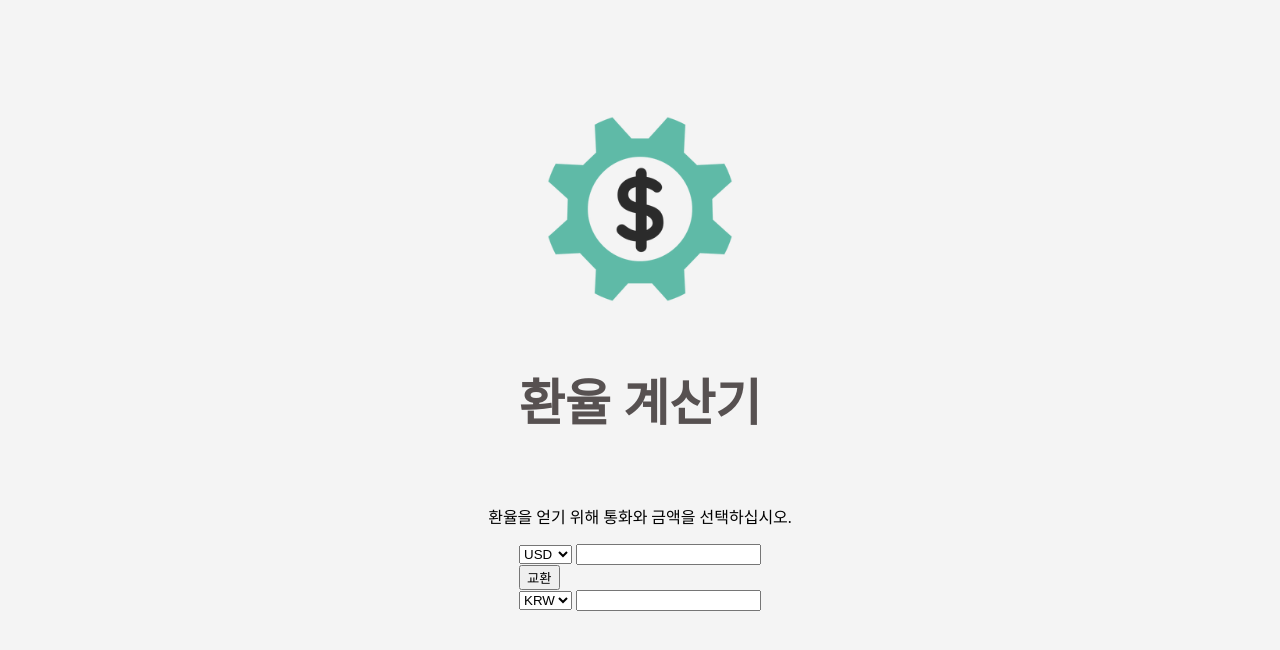
Repository: AbrorjonKuchkarov/exchange-rate
Page: index.html
An editor plug-in stored every save of this project. The page is shown before and after the next save, followed by the edit.
The browser window is 1280 px wide. The pictures show the whole page.

Above is the page before, as saved 2022-02-24 01:19:04.

### index.html
<!DOCTYPE html>
<html lang="en">
<head>
   <meta charset="UTF-8">
   <meta http-equiv="X-UA-Compatible" content="IE=edge">
   <meta name="viewport" content="width=device-width, initial-scale=1.0">
<link rel="stylesheet" href="style.css">
   <title>환율</title>
</head>
<body>
   <img src="img/money.png" alt="">
   <h1>환율 계산기 </h1>
   <p>환율을 얻기 위해 통화와 금액을 선택하십시오.</p>

   <div class="container">
      <div class="currency">
         <select id="selectOne">
            <option value="AED">AED</option>
            <option value="ARS">ARS</option>
            <option value="AUD">AUD</option>
            <option value="BGN">BGN</option>
            <option value="BRL">BRL</option>
            <option value="BSD">BSD</option>
            <option value="CAD">CAD</option>
            <option value="CHF">CHF</option>
            <option value="CLP">CLP</option>
            <option value="CNY">CNY</option>
            <option value="COP">COP</option>
            <option value="CZK">CZK</option>
            <option value="DKK">DKK</option>
            <option value="DOP">DOP</option>
            <option value="EGP">EGP</option>
            <option value="EUR">EUR</option>
            <option value="FJD">FJD</option>
            <option value="GBP">GBP</option>
            <option value="GTQ">GTQ</option>
            <option value="HKD">HKD</option>
            <option value="HRK">HRK</option>
            <option value="HUF">HUF</option>
            <option value="IDR">IDR</option>
            <option value="ILS">ILS</option>
            <option value="INR">INR</option>
            <option value="ISK">ISK</option>
            <option value="JPY">JPY</option>
            <option value="KRW">KRW</option>
            <option value="KZT">KZT</option>
            <option value="MXN">MXN</option>
            <option value="MYR">MYR</option>
            <option value="NOK">NOK</option>
            <option value="NZD">NZD</option>
            <option value="PAB">PAB</option>
            <option value="PEN">PEN</option>
            <option value="PHP">PHP</option>
            <option value="PKR">PKR</option>
            <option value="PLN">PLN</option>
            <option value="PYG">PYG</option>
            <option value="RON">RON</option>
            <option value="RUB">RUB</option>
            <option value="SAR">SAR</option>
            <option value="SEK">SEK</option>
            <option value="SGD">SGD</option>
            <option value="THB">THB</option>
            <option value="TRY">TRY</option>
            <option value="TWD">TWD</option>
            <option value="UAH">UAH</option>
            <option value="USD" selected>USD</option>
            <option value="UYU">UYU</option>
            <option value="VND">VND</option>
            <option value="ZAR">ZAR</option>
         </select>
         <input type="number" class="inputOne" >
      </div>

      <div class="swap">
         <button class="btn">교환</button>
         <div class="rate"></div>
      </div>

      <div class="currency">
         <select id="selectTwo">
         <option value="AED">AED</option>
         <option value="ARS">ARS</option>
         <option value="AUD">AUD</option>
         <option value="BGN">BGN</option>
         <option value="BRL">BRL</option>
         <option value="BSD">BSD</option>
         <option value="CAD">CAD</option>
         <option value="CHF">CHF</option>
         <option value="CLP">CLP</option>
         <option value="CNY">CNY</option>
         <option value="COP">COP</option>
         <option value="CZK">CZK</option>
         <option value="DKK">DKK</option>
         <option value="DOP">DOP</option>
         <option value="EGP">EGP</option>
         <option value="EUR">EUR</option>
         <option value="FJD">FJD</option>
         <option value="GBP">GBP</option>
         <option value="GTQ">GTQ</option>
         <option value="HKD">HKD</option>
         <option value="HRK">HRK</option>
         <option value="HUF">HUF</option>
         <option value="IDR">IDR</option>
         <option value="ILS">ILS</option>
         <option value="INR">INR</option>
         <option value="ISK">ISK</option>
         <option value="JPY">JPY</option>
         <option value="KRW" selected>KRW</option>
         <option value="KZT">KZT</option>
         <option value="MXN">MXN</option>
         <option value="MYR">MYR</option>
         <option value="NOK">NOK</option>
         <option value="NZD">NZD</option>
         <option value="PAB">PAB</option>
         <option value="PEN">PEN</option>
         <option value="PHP">PHP</option>
         <option value="PKR">PKR</option>
         <option value="PLN">PLN</option>
         <option value="PYG">PYG</option>
         <option value="RON">RON</option>
         <option value="RUB">RUB</option>
         <option value="SAR">SAR</option>
         <option value="SEK">SEK</option>
         <option value="SGD">SGD</option>
         <option value="THB">THB</option>
         <option value="TRY">TRY</option>
         <option value="TWD">TWD</option>
         <option value="UAH">UAH</option>
         <option value="USD">USD</option>
         <option value="UYU">UYU</option>
         <option value="VND">VND</option>
         <option value="ZAR">ZAR</option>
      </select>
      <input type="number" class="inputTwo" >
      </div>
   </div>




   <script src="app.js"></script>
</body>
</html>

### style.css
*{
   box-sizing: border-box;
}

body {
   margin: 0;
   display: flex;
   flex-direction: column;
   align-items: center;
   justify-content: center;
   height: 100vh;
   background-color: #f4f4f4;
   padding: 10px;
}

img {
   width: 200px;
}

h1{
   font-size: 50px;
   color: #575151;
   padding: 20px 0;
}

Loaded but not shown: app.js (no copy from this time; the picture is the same without it)

After the next save:
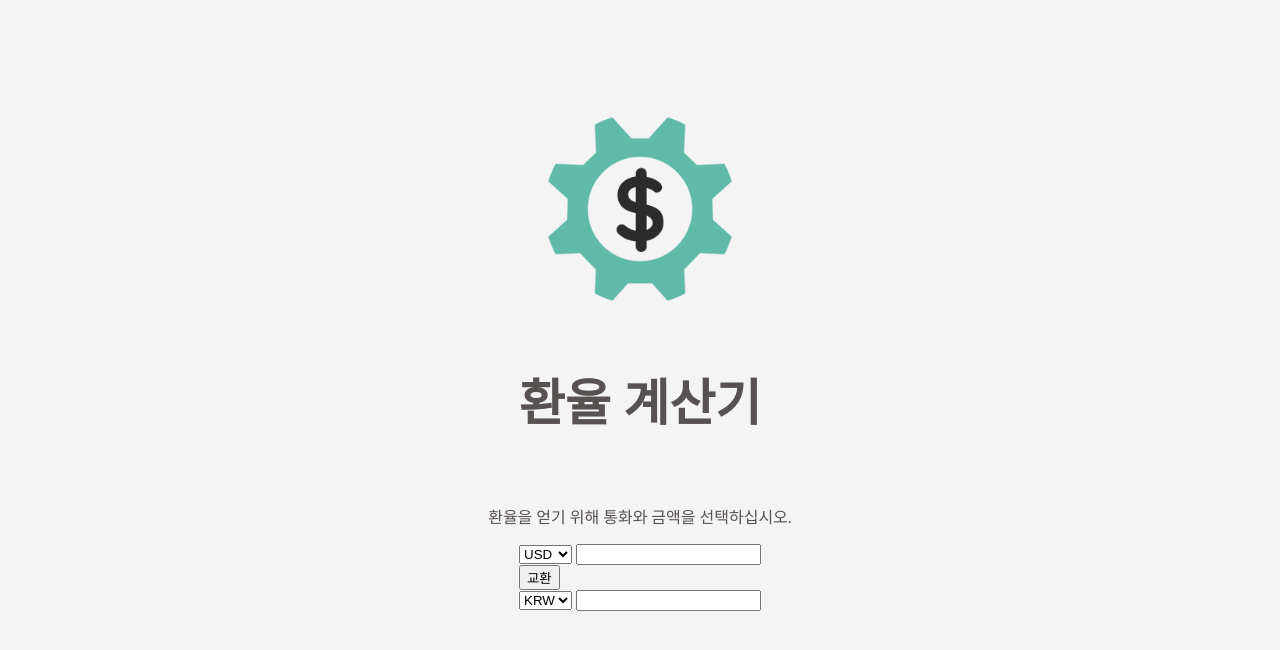
Saved 18 s later.
--- a/style.css
+++ b/style.css
@@ -22,3 +22,7 @@ h1{
    color: #575151;
    padding: 20px 0;
 }
+
+p{
+   color: #575151;
+}
